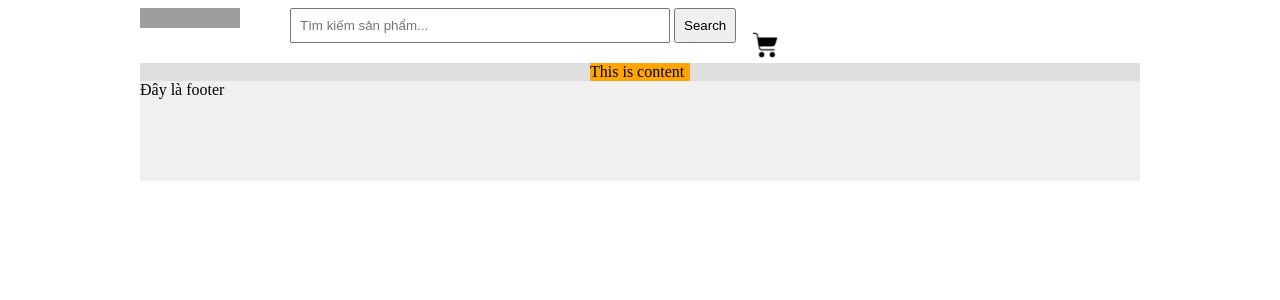
Repository: minhkhuyen1711/hpt
Page: http://localhost/website-ecommerce-php-master/index.php?action=login
These files come from the project's save history. The page is drawn as it stood at one moment and after the next save; the edit follows.
The browser window is 1280 px wide. The pictures show the whole page.
Pictures or frames that could not be fetched are drawn as grey boxes. The page is run by PHP 8.4 with error messages shown; the project is at /var/www/html/.

Above is the page before, as saved 2021-06-11 04:48:22.

### index.php
<!DOCTYPE html>
<html lang="en" dir="ltr">
  <head>
    <meta charset="utf-8">
    <title>Online Shopping</title>
    <link rel="stylesheet" href="styles/style.css" media="all">
  </head>
  <body>
    <!-- Main container bắt đầu từ đây -->
    <div class="main_wrapper">
     <div class="header_wrapper">
      <div class="header_logo">
         <a href="index.php">
         <img id="logo" src="images/metrixcode100x30.png" width="100px" height="20px">
         </a>
      </div><!--/.header_logo-->
      <div id="form">
      <form method="get" action="results.php" enctype="multipart/form-data">
      <input type="text" name="user_query" placeholder="Tìm kiếm sản phẩm...">
      <input type="submit" name="search" value="Search">
      </form>
      </div>

      <div class="cart">
        <ul>
          <li class="dropdown_header_cart">
            <div id="notification_total_art" class="shopping_cart">
              <img src="images/cart_icon.png" id="cart_image">
            </div>
          </li>
        </ul>
      </div>

    </div> <!--/.header_wrapper-->
      <div class="content_wrapper">
        This is content
      </div><!--/.content_wrapper -->
      <div id="footer">
        Đây là footer
      </div>
    </div><!--/.main_wrapper-->
    <!--Kết thúc Main container tại đây-->
  </body>
</html>

### styles/style.css


.main_wrapper{
    width: 1000px;
    height: auto;
    margin: auto;
    background: #dfdfdf;
}

.header_wrapper{
    width: 100%;
    height: 55px;
    margin: auto;
    background: white;
}

.header_logo{
    float: left;
    width: 150px;
    padding-top: 10;
}


#form{
    float:left;
    width: 45%;
    margin-top: 10

}

#form input{
    padding: 8px;

}

#form input[type=text]{
    width: 80%;
}

.cart{
    float: left;
    margin: 5px 10px 0px 15px;
    cursor: pointer;
    height: 35px;
    padding-top: 7px;
    position: relative;
    top: 0px;
    right: 20px;
    width: 60px;
    text-align: center;
    z-index: 1000;
}

.cart img{
    width: 30px;
    margin-top: 10px;
}

.cart ul{
    padding: 0;
    margin: 0;
    list-style: none;
    position: relative;
    width: auto;
    z-index: 1;
}

.content_wrapper{
    width: 100px;
    margin: auto;
    background: orange;
}

#footer{
    width: 1000px;
    height: 100px;
    background: #f0f0f0;
    clear: both;

}

After the next save:
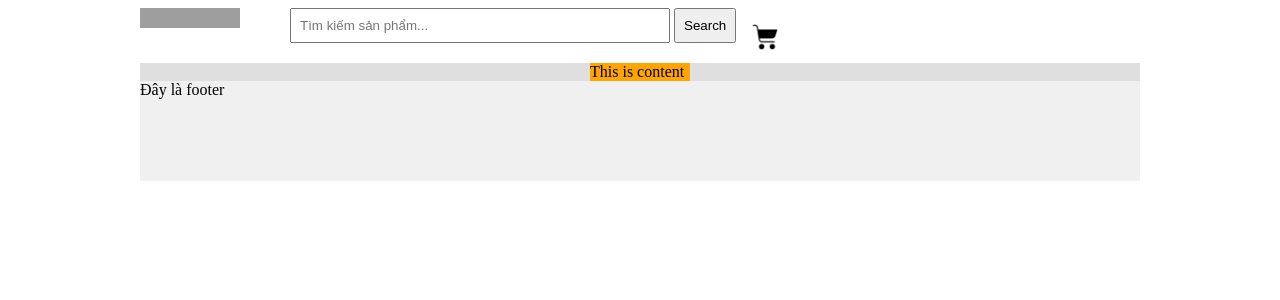
Saved 9 s later.
--- a/styles/style.css
+++ b/styles/style.css
@@ -53,7 +53,7 @@
 
 .cart img{
     width: 30px;
-    margin-top: 10px;
+    margin-top: 2px;
 }
 
 .cart ul{
